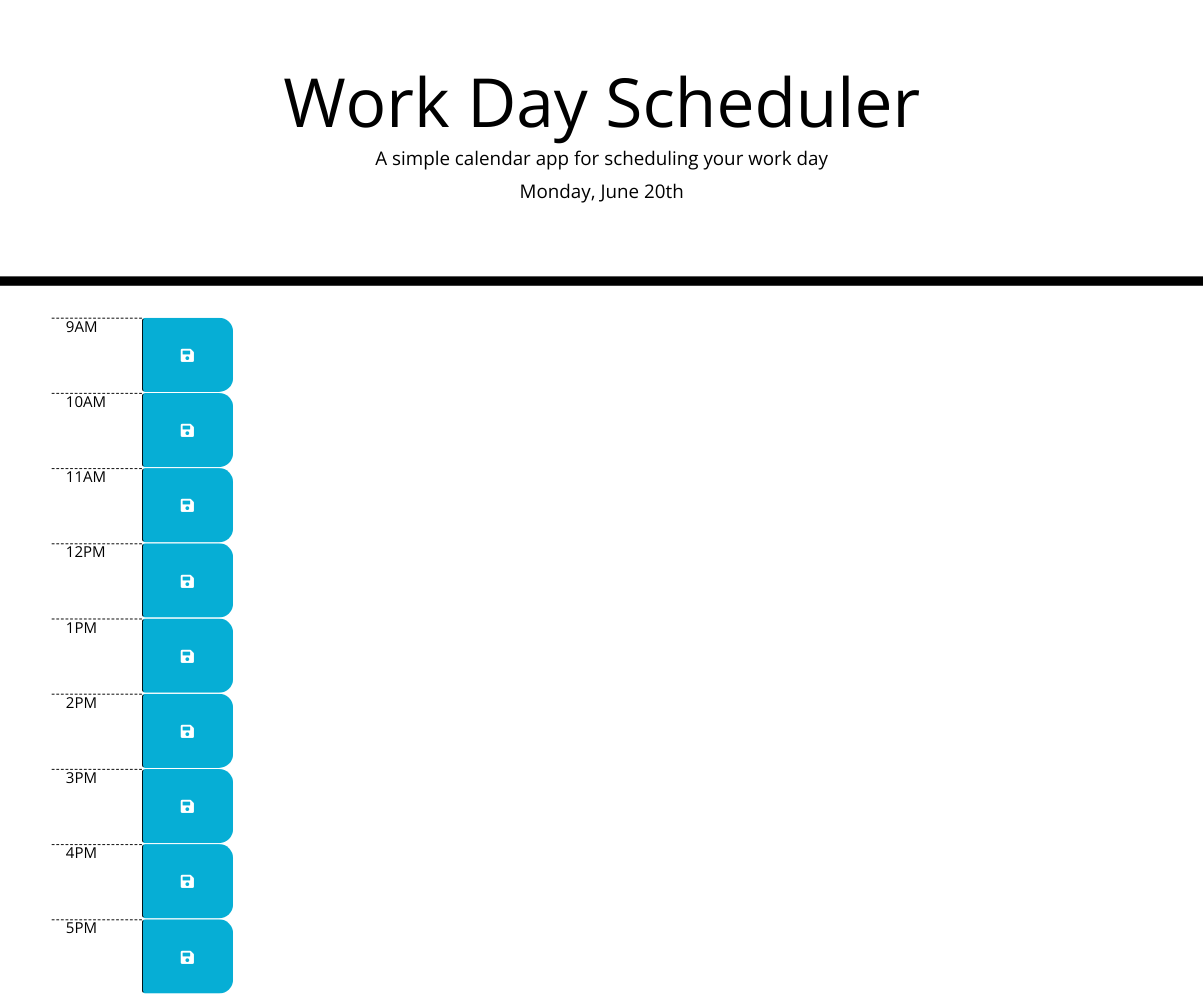
Repository: dtierney21/work-day-scheduler
Page: index.html
These files come from the project's save history. The page is drawn as it stood at one moment and after the next save; the edit follows.
The browser window is 1280 px wide. The pictures show the whole page, at 94% of full size.
Some web libraries are served in a nearby version.

Above is the page before, as saved 2022-06-28 15:08:14.

### index.html
<!DOCTYPE html>
<html lang="en">
  <head>
    <meta charset="UTF-8" />
    <meta name="viewport" content="width=device-width, initial-scale=1.0" />
    <meta http-equiv="X-UA-Compatible" content="ie=edge" />
    <link
      rel="stylesheet"
      href="https://stackpath.bootstrapcdn.com/bootstrap/4.3.1/css/bootstrap.min.css"
    />
    <link
      rel="stylesheet"
      href="https://use.fontawesome.com/releases/v5.8.1/css/all.css"
      integrity="sha384-50oBUHEmvpQ+1lW4y57PTFmhCaXp0ML5d60M1M7uH2+nqUivzIebhndOJK28anvf"
      crossorigin="anonymous"
    />
    <link
      href="https://fonts.googleapis.com/css?family=Open+Sans&display=swap"
      rel="stylesheet"
    />
    <link rel="stylesheet" href="./assets/css/style.css" />
    <title>Work Day Scheduler</title>
  </head>

  <body>
    <header class="jumbotron">
      <h1 class="display-3">Work Day Scheduler</h1>
      <p class="lead">A simple calendar app for scheduling your work day</p>
      <p id="currentDay" class="lead"></p>
    </header>
    <section class="container">
        <div class="row">
      <!-- Timeblocks go here -->
            <ul class="list-group col-12">
                <div class="row">
                    <li class="hour col-1">9AM</li>
                    <li class="list-group-item description col-10" data-hour="9"></li>
                    <button class="btn saveBtn col-1" type="submit"><i class="fa fa-save"></i></button>
                </div>
                <div class="row">
                    <li class="hour col-1">10AM</li>
                    <li class="list-group-item description col-10" data-hour="10"></li>
                    <button class="btn saveBtn col-1" type="submit"><i class="fa fa-save"></i></button>
                </div>
                <div class="row">
                    <li class="hour col-1">11AM</li>
                    <li class="list-group-item description col-10" data-hour="11"></li>
                    <button class="btn saveBtn col-1" type="submit"><i class="fa fa-save"></i></button>
                </div>
                <div class="row">
                    <li class="hour col-1">12PM</li>
                    <li class="list-group-item description col-10" data-hour="12"></li>
                    <button class="btn saveBtn col-1" type="submit"><i class="fa fa-save"></i></button>
                </div>
                <div class="row">
                    <li class="hour col-1">1PM</li>
                    <li class="list-group-item description col-10" data-hour="13"></li>
                    <button class="btn saveBtn col-1" type="submit"><i class="fa fa-save"></i></button>
                </div>
                <div class="row">
                    <li class="hour col-1">2PM</li>
                    <li class="list-group-item description col-10" data-hour="14"></li>
                    <button class="btn saveBtn col-1" type="submit"><i class="fa fa-save"></i></button>
                </div>
                <div class="row">
                    <li class="hour col-1">3PM</li>
                    <li class="list-group-item description col-10" data-hour="15"></li>
                    <button class="btn saveBtn col-1" type="submit"><i class="fa fa-save"></i></button>
                </div>
                <div class="row">
                    <li class="hour col-1">4PM</li>
                    <li class="list-group-item description col-10" data-hour="16"></li>
                    <button class="btn saveBtn col-1" type="submit"><i class="fa fa-save"></i></button>
                </div>
                <div class="row">
                    <li class="hour col-1">5PM</li>
                    <li class="list-group-item description col-10" data-hour="17"></li>
                    <button class="btn saveBtn col-1" type="submit"><i class="fa fa-save"></i></button>
                </div>
            </ul>
        </div>
    </section>

    <script src="https://cdnjs.cloudflare.com/ajax/libs/jquery/3.5.1/jquery.min.js"></script>
    <script src="https://cdnjs.cloudflare.com/ajax/libs/moment.js/2.24.0/moment.min.js"></script>
    <script src="./assets/js/script.js"></script>
  </body>
</html>

### assets/css/style.css
body {
  font-family: 'Open Sans', sans-serif;
  font-size: 16px;
  line-height: 1;
}

textarea {
  background: transparent;
  border: none;
  resize: none;
  color: #000000;
  border-left: 1px solid black;
  padding: 10px;
}

.jumbotron {
  text-align: center;
  background-color: transparent;
  color: black;
  border-radius: 0;
  border-bottom: 10px solid black;
}

.description {
  white-space: pre-wrap;
}

.time-block {
  text-align: center;
  border-radius: 15px;
}

.row {
  white-space: pre-wrap;
  height: 80px;
  border-top: 1px solid white;
}

.hour {
  background-color: #ffffff;
  color: #000000;
  border-top: 1px dashed #000000;
  list-style-type: none;
  /*
  text-align: center;
  justify-content: center;
  */
}

.past {
  background-color: #d3d3d3;
  color: white;
}

.present {
  background-color: #ff6961;
  color: white;
}

.future {
  background-color: #77dd77;
  color: white;
}

.saveBtn {
  border-left: 1px solid black;
  border-top-right-radius: 15px;
  border-bottom-right-radius: 15px;
  background-color: #06aed5;
  color: white;
}

.saveBtn i:hover {
  font-size: 20px;
  transition: all 0.3s ease-in-out;
}

### assets/js/script.js
var now = moment();
console.log(now);

var currentHour = moment().format('H');
console.log(currentHour);

var currentDayEl = $('#currentDay');
var today = moment().format('dddd, MMMM Do');

currentDayEl.text(today);





$('.description').each(function() {
    //console.log($(this).data('hour'))
    if ($(this).data('hour') == currentHour) {
        $(this).attr('class', "present");
    } else if($(this).data('hour') > currentHour){
        $(this).attr('class', "future");
    } else {
        $(this).attr('class', "past");
    }
})

After the next save:
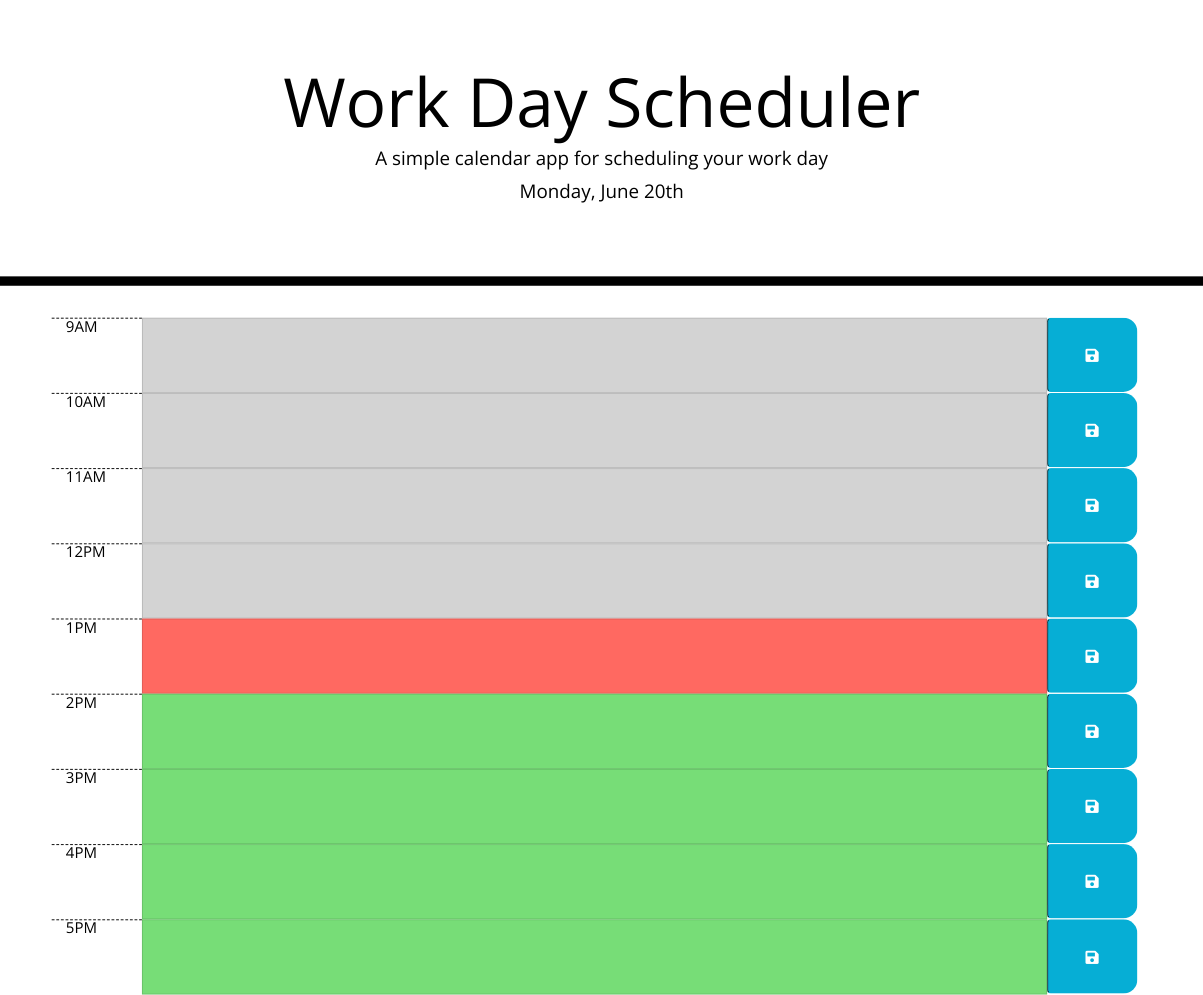
Saved 85 s later.
--- a/assets/js/script.js
+++ b/assets/js/script.js
@@ -16,10 +16,10 @@ currentDayEl.text(today);
 $('.description').each(function() {
     //console.log($(this).data('hour'))
     if ($(this).data('hour') == currentHour) {
-        $(this).attr('class', "present");
+        $(this).addClass('present');
     } else if($(this).data('hour') > currentHour){
-        $(this).attr('class', "future");
+        $(this).addClass('future');
     } else {
-        $(this).attr('class', "past");
+        $(this).addClass('past');
     }
 })
